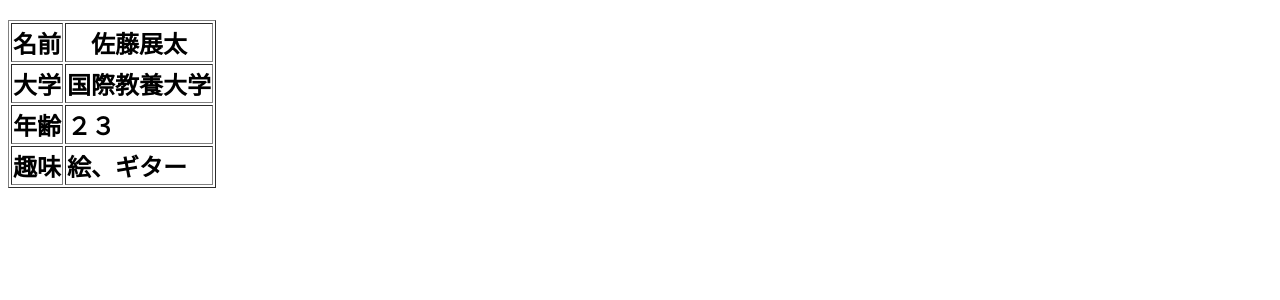
Repository: tentasato/rapmaker
Page: selfintro.html
The author's editor kept a record of every edit. The page is drawn from the files as they stood at one moment, then again after the next edit.
The browser window is 1280 px wide. The pictures show the whole page.

Above is the page before.

After the next edit:
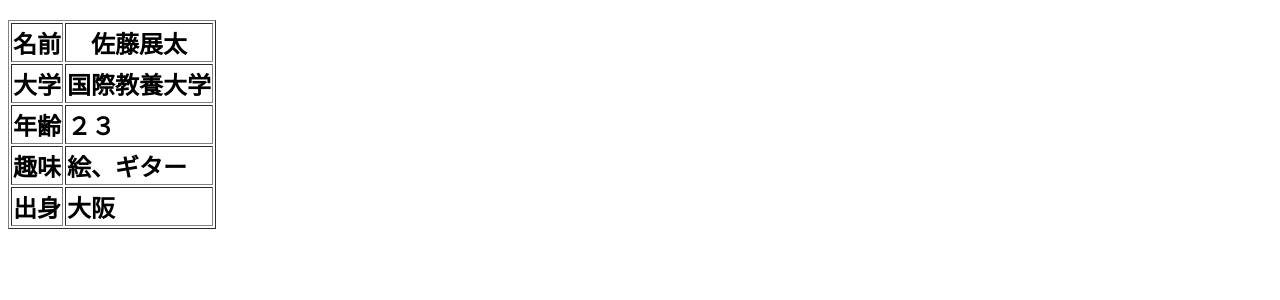
The edit:
--- a/selfintro.html
+++ b/selfintro.html
@@ -28,6 +28,10 @@
                         <td>趣味</td>
                         <td>絵、ギター</td>
                         </tr>
+                        <tr>
+                        <td>出身</td>
+                        <td>大阪</td>
+                        </tr>
                     </tbody>
                     </table>
                 </h1>
